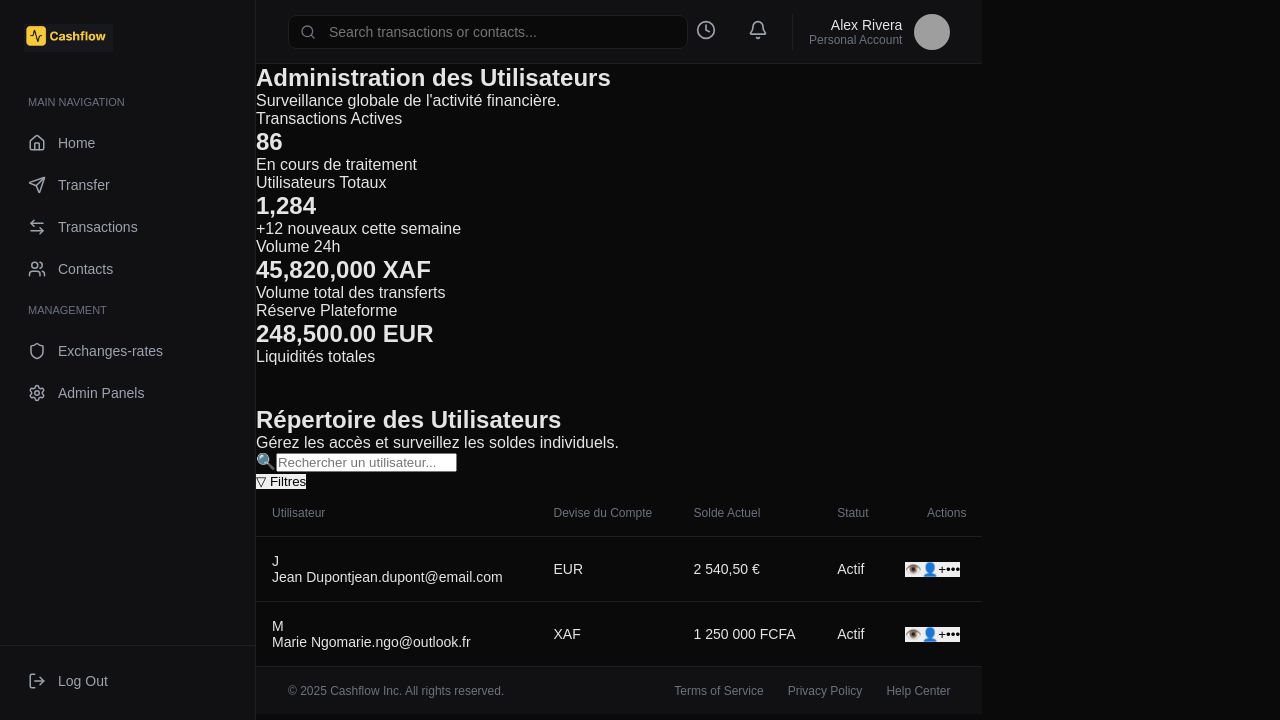
Repository: laetitiamaelle/GROUEPE5_PROGRAMMATIONWEBII_PLATEFORME_DE_TRANSFERT_MULTIDEVISE
Page: /dashboard
An editor plug-in stored every save of this project. The page is shown before and after the next save, followed by the edit.
The browser window is 1280 px wide. The pictures show the whole page.
Pictures or frames that could not be fetched are drawn as grey boxes. The project was rebuilt for these pictures with package versions that can differ from the ones it lists, and the page was loaded fresh each time. The framework's server and built-in components were replaced by stand-ins that run in the browser. Also part of the build but not shown: next.config.ts.

Above is the page before, as saved 2026-05-21 10:10:12.

### app/dashboard/page.tsx
import StatCard from '../../components/StatCard';
import UserTable from '../../components/UserTable';
import Sidebar from '../../components/Sidebar';
import TopbarD from '../../components/TopbarD'


export default function DashboardPage() {
  return (
    <div style={{ display: 'flex', minHeight: '100vh', background: '#0A0A0B'}}>
    <Sidebar />


    <div className="dashboard-view">
      <TopbarD/>
      <section className="welcome">
        <h1>Administration des Utilisateurs</h1>
        <p>Surveillance globale de l'activité financière.</p>
      </section>

      <div className="stats-grid">
        <StatCard
          label="Transactions Actives"
          value="86"
          subtext="En cours de traitement"
        />
        <StatCard
          label="Utilisateurs Totaux"
          value="1,284"
          trend="+12 nouveaux cette semaine"
        />
        <StatCard
          label="Volume 24h"
          value="45,820,000 XAF"
          subtext="Volume total des transferts"
        />
        <StatCard
          label="Réserve Plateforme"
          value="248,500.00 EUR"
          subtext="Liquidités totales"
        />
      </div>
    <section className="table-section-wrapper" style={{ marginTop: '40px' }}>
    <UserTable />
      </section>
      <footer className="footer">
        <span>© 2025 Cashflow Inc. All rights reserved.</span>
        <div className="footer-links">
          <a href="#">Terms of Service</a>
          <a href="#">Privacy Policy</a>
          <a href="#">Help Center</a>
        </div>
      </footer>
    </div>
    </div>

  );
}

### app/globals.css
* {
    margin: 0;
    padding: 0;
    box-sizing: border-box;
}

body {
    background: #0A0A0B;
    color: #E5E5E5;
    font-family: Arial, sans-serif;
}

a {
    text-decoration: none;
    color: inherit;
}

button {
    cursor: pointer;
    border: none;
    font-family: inherit;
}

### components/StatCard.tsx
// components/StatCard.tsx
import React from 'react';

interface StatCardProps {
  label: string;
  value: string;
  subtext?: string;
  trend?: string;
  isGold?: boolean;
}

export default function StatCard({ label, value, subtext, trend, isGold }: StatCardProps) {
  return (
    <div className={`stat-card ${isGold ? 'gold-border' : ''}`}>
      <span className="card-label">{label}</span>
      <h2 className={isGold ? 'gold-text' : ''}>{value}</h2>

      {trend && <p className="trend">{trend}</p>}
      {subtext && <p className="subtext">{subtext}</p>}
    </div>
  );
}

### components/UserTable.tsx
import React from 'react';

const users = [
  { id: 1, name: "Jean Dupont", email: "jean.dupont@email.com", currency: "EUR", balance: "2 540,50 €", status: "Actif" },
  { id: 2, name: "Marie Ngo", email: "marie.ngo@outlook.fr", currency: "XAF", balance: "1 250 000 FCFA", status: "Actif" },
];

export default function UserTable() {
  return (
    <div className="user-table-container">
      <div className="table-header-row">
        <div className="table-title-area">
          <h2>Répertoire des Utilisateurs</h2>
          <p>Gérez les accès et surveillez les soldes individuels.</p>
        </div>
        <div className="table-controls">
          <div className="inner-search">
            <span>🔍</span>
            <input type="text" placeholder="Rechercher un utilisateur..." />
          </div>
          <button className="filter-btn-table">
             <span>▽</span> Filtres
          </button>
        </div>
      </div>

      <table className="user-table">
        <thead>
          <tr>
            <th>Utilisateur</th>
            <th>Devise du Compte</th>
            <th>Solde Actuel</th>
            <th>Statut</th>
            <th style={{ textAlign: 'right' }}>Actions</th>
          </tr>
        </thead>
        <tbody>
          {users.map((u) => (
            <tr key={u.id}>
              <td>
                <div className="user-info-cell">
                  <div className="user-avatar-circle">
                    {u.name.charAt(0)}
                  </div>
                  <div className="user-text-meta">
                    <span className="user-full-name">{u.name}</span>
                     <span className="user-email-addr">{u.email}</span>
                  </div>
                </div>
              </td>
              <td className="currency-cell">{u.currency}</td>
              <td className="user-email-addr">{u.balance}

              </td>

              <td>
                <span className={`status-pill ${u.status.toLowerCase().replace('é', 'e')}`}>
                  {u.status}
                </span>
              </td>
              <td className="actions-cell-icons">
                <button title="Voir">👁️</button>
                <button title="Ajouter">👤+</button>
                <button title="Plus">•••</button>
              </td>
            </tr>
          ))}
        </tbody>
      </table>
    </div>
  );
}

### components/Sidebar.tsx
'use client'
import Link from 'next/link'
import { usePathname } from 'next/navigation'
import { Home, Send, ArrowLeftRight, Users, Shield, Settings, LogOut} from 'lucide-react'
import '../styles/Sidebar.css'

export default function Sidebar() {
    const pathname = usePathname()

    return (
        <aside className='sidebar'>
            <div className='logo'>
                <img src="../public/logo.jpeg" alt="Cashflopw" className='logo-img'/>
            </div>

            <nav className='nav'>
                <p className='nav-title'>MAIN NAVIGATION</p>
                <Link href="#" className={`nav-item #{pathname === '/home' ? 'active' : ''}`}>
                    <Home size={18} /> Home
                </Link>
                <Link href="/transfert" className="nav-item">
                    <Send size={18} /> Transfer
                </Link>
                <Link href="/transactions" className={`nav-item #{pathname === '/transactions' ? 'active' : ''}`}>
                    <ArrowLeftRight size={18} /> Transactions
                </Link>
                <Link href="#" className="nav-item">
                    <Users size={18} /> Contacts
                </Link>

                <p className="nav-title">MANAGEMENT</p>
                <Link href="/exchange-rates" className={`nav-item #{pathname === '/exchanges-rates' ? 'active' : ''}`}>
                    <Shield size={18} /> Exchanges-rates
                </Link>
                <Link href="/admin" className="nav-item">
                    <Settings size={18} /> Admin Panels
                </Link>
            </nav>

            <div className='logout'>
                <button className='nav-item'>
                    <LogOut size={18} />Log Out
                </button>
            </div>
        </aside>
    )
}

### components/TopbarD.tsx
'use client'
import { Search, Clock, Bell } from 'lucide-react'
import '../styles/HistoriqueTransactions.css'

export default function HistoriqueTransactions() {

  return (
    <div className="main">
      <header className="topbar">
        <div className="search-box">
          <Search size={16} className="search-icon" />
          <input type="text" placeholder="Search transactions or contacts..." className="search" />
        </div>
        <div className="topbar-right">
          <button className="icon-btn"><Clock size={20} /></button>
          <button className="icon-btn"><Bell size={20} /></button>
          <div className="user">
            <div className="user-info">
              <span className="user-name">Alex Rivera</span>
              <span className="user-role">Personal Account</span>
            </div>
            <img src="https://i.pravatar.cc/40" alt="avatar" className="user-avatar" />
          </div>
        </div>
      </header>
    </div>
  )
}

### styles/Sidebar.css
.sidebar {
    width: 256px;
    background: #111113;
    border-right: 1px solid #1F1F23;
    display: flex;
    flex-direction: column;
    height: 100vh;
}

.logo {
    padding: 24px;
}

.logo-img {
    height: 28px;
    width: auto;
}

.nav {
    flex: 1;
    padding: 0 16px;
}

.nav-title {
    font-size: 11px;
    color: #6B7280;
    padding: 0 12px;
    margin: 16px 0;
}

.nav-item {
    display: flex;
    align-items: center;
    gap: 12px;
    padding: 10px 12px;
    border-radius: 8px;
    color: #9CA3AF;
    font-size: 14px;
    margin-bottom: 4px;
    width: 100%;
    background: none;
}

.nav-item:hover {
    background: #1A1A1D;
    color: white;
}

.nav-item.active {
    background: #1A1A1D;
    color: #FACC15;
}

.logout {
    padding: 16px;
    border-top: 1px solid #1F1F23;
}

### styles/HistoriqueTransactions.css
.main {
    flex: 1;
    display: flex;
    flex-direction: column;
}

.topbar {
    height: 64px;
    background: #111113;
    border-bottom: 1px solid #1F1F23;
    display: flex;
    align-items: center;
    justify-content: space-between;
    padding: 0 32px;
}

.search-box {
    position: relative;
    display: flex;
    align-items: center;
}

.search-icon {
    position: absolute;
    left: 12px;
    color: #6B7280;
}

.search {
    width: 400px;
    background: #0A0A0B;
    border: 1px solid #1F1F23;
    border-radius: 8px;
    padding: 8px 16px 8px 40px;
    color: white;
    font-size: 14px;
}

.topbar-right {
    display: flex;
    align-items: center;
    gap: 16px;
}

.icon-btn {
    background: none;
    color: #9CA3AF;
    padding: 8px;
    border-radius: 8px;
}

.icon-btn:hover {
    background: #1A1A1D;
}

.user {
    display: flex;
    align-items: center;
    gap: 12px;
    padding-left: 16px;
    border-left: 1px solid #1F1F23;
}

.user-info {
    text-align: right;
}

.user-name {
    display: block;
    font-size: 14px;
    font-weight: 500;
}

.user-role {
    display: block;
    font-size: 12px;
    color: #6B7280;
}

.user-avatar {
    width: 36px;
    height: 36px;
    border-radius: 50%;
}

.content {
    flex: 1;
    padding: 32px;
    overflow: auto;
}

.header {
    display: flex;
    justify-content: space-between;
    margin-bottom: 24px;
}

.header h1 {
    font-size: 30px;
    margin-bottom: 4px;
}

.header p {
    color: #6B7280;
    font-size: 14px;
}

.actions {
    display: flex;
    gap: 12px;
}

.btn-dark {
    background: #1A1A1D;
    border: 1px solid #1F1F23;
    color: #E5E5E5;
    padding: 8px 16px;
    border-radius: 8px;
    font-size: 14px;
    display: flex;
    align-items: center;
    gap: 8px;
}

.btn-yellow {
    background: #FACC15;
    color: black;
    padding: 8px 16px;
    border-radius: 8px;
    font-weight: 500;
    font-size: 14px;
    display: flex;
    align-items: center;
    gap: 8px;
}

.filters {
    background: #111113;
    border: 1px solid #1F1F23;
    border-radius: 12px;
    padding: 16px;
    margin-bottom: 24px;
}

.filters-title {
    display: flex;
    align-items: center;
    gap: 8px;
    font-size: 14px;
    margin-bottom: 16px;
}

.filters-grid {
    display: grid;
    grid-template-columns: repeat(4, 1fr);
    gap: 12px;
}

.filter-btn {
    background: #0A0A0B;
    border: 1px solid #1F1F23;
    border-radius: 8px;
    padding: 10px 16px;
    color: #E5E5E5;
    font-size: 14px;
    text-align: left;
}

.filter-input {
    background: #0A0A0B;
    border: 1px solid #1F1F23;
    border-radius: 8px;
    padding: 10px 16px;
    color: white;
    font-size: 14px;
}

.table-box {
    background: #111113;
    border: 1px solid #1F1F23;
    border-radius: 12px;
    overflow: hidden;
}

table {
    width: 100%;
    border-collapse: collapse;
}

thead {
    background: #0A0A0B;
}

th {
    text-align: left;
    padding: 16px;
    font-size: 12px;
    color: #6B7280;
    font-weight: 500;
}

td {
    padding: 16px;
    border-top: 1px solid #1F1F23;
    font-size: 14px;
}

tr:hover {
    background: #1A1A1D;
}

.date {
    font-weight: 500;
    display: block;
}

.ref {
    font-size: 12px;
    color: #6B7280;
    display: block;
    margin-top: 2px;
}

.type-cell {
    display: flex;
    align-items: center;
    gap: 8px;
}

.type-icon {
    width: 28px;
    height: 28px;
    border-radius: 50%;
    display: flex;
    align-items: center;
    justify-content: center;
}

.type-icon.send {
    background: rgba(244, 63, 94, 0.1);
    color: #F43F5E;
}

.type-icon.receive {
    background: rgba(34, 197, 94, 0.1);
    color: #22C55E;
}

.type-icon.convert {
    background: rgba(59, 130, 246, 0.1);
    color: #3B82F6;
}

.montant {
    font-weight: 500;
}

.montant-converti {
    font-weight: 600;
    color: #FACC15;
}

.statut {
    padding: 4px 12px;
    border-radius: 12px;
    font-size: 12px;
    font-weight: 500;
}

.statut-complete {
    background: rgba(34, 197, 94, 0.1);
    color: #22C55E;
}

.statut-attente {
    background: rgba(250, 204, 21, 0.1);
    color: #FACC15;
}

.statut-echoue {
    background: rgba(239, 68, 68, 0.1);
    color: #EF4444;
}

.pagination {
    padding: 16px;
    border-top: 1px solid #1F1F23;
    display: flex;
    justify-content: space-between;
    align-items: center;
    font-size: 12px;
    color: #6B7280;
}

.page-btns {
    display: flex;
    gap: 8px;
    align-items: center;
}

.page-btns button {
    background: none;
    color: #9CA3AF;
    padding: 6px 12px;
    border-radius: 4px;
    font-size: 12px;
}

.page-btns button.active {
    background: #FACC15;
    color: black;
}

.footer {
    height: 48px;
    background: #111113;
    border-top: 1px solid #1F1F23;
    display: flex;
    align-items: center;
    justify-content: space-between;
    padding: 0 32px;
    font-size: 12px;
    color: #6B7280;
}

.footer-links {
    display: flex;
    gap: 24px;
}

Loaded but not shown: app/layout.tsx (common file)

After the next save:
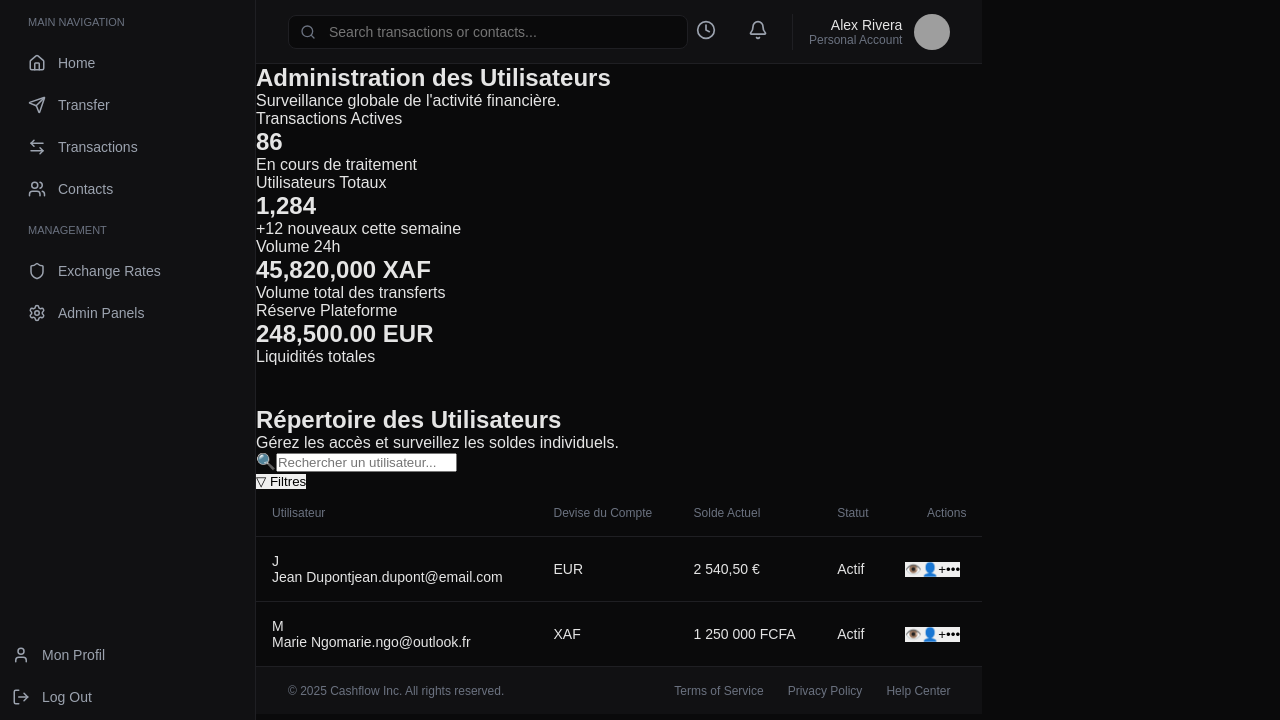
Saved 3 min 32 s later.
--- a/components/Sidebar.tsx
+++ b/components/Sidebar.tsx
@@ -1,7 +1,8 @@
 'use client'
-import Link from 'next/link'
+import Link from 'next/link';
+import Image from 'next/image';
 import { usePathname } from 'next/navigation'
-import { Home, Send, ArrowLeftRight, Users, Shield, Settings, LogOut} from 'lucide-react'
+import { Home, Send, ArrowLeftRight, Users, Shield, Settings, LogOut, User } from 'lucide-react'
 import '../styles/Sidebar.css'
 
 export default function Sidebar() {
@@ -9,19 +10,17 @@ export default function Sidebar() {
 
     return (
         <aside className='sidebar'>
-            <div className='logo'>
-                <img src="../public/logo.jpeg" alt="Cashflopw" className='logo-img'/>
-            </div>
+
 
             <nav className='nav'>
                 <p className='nav-title'>MAIN NAVIGATION</p>
-                <Link href="#" className={`nav-item #{pathname === '/home' ? 'active' : ''}`}>
+                <Link href="/home" className={`nav-item ${pathname === '/home' ? 'active' : ''}`}>
                     <Home size={18} /> Home
                 </Link>
-                <Link href="/transfert" className="nav-item">
+                <Link href="/transfert" className={`nav-item ${pathname.startsWith('/transfert') ? 'active' : ''}`}>
                     <Send size={18} /> Transfer
                 </Link>
-                <Link href="/transactions" className={`nav-item #{pathname === '/transactions' ? 'active' : ''}`}>
+                <Link href="/transactions" className={`nav-item ${pathname === '/transactions' ? 'active' : ''}`}>
                     <ArrowLeftRight size={18} /> Transactions
                 </Link>
                 <Link href="#" className="nav-item">
@@ -29,18 +28,23 @@ export default function Sidebar() {
                 </Link>
 
                 <p className="nav-title">MANAGEMENT</p>
-                <Link href="/exchange-rates" className={`nav-item #{pathname === '/exchanges-rates' ? 'active' : ''}`}>
-                    <Shield size={18} /> Exchanges-rates
+                <Link href="/exchange-rates" className={`nav-item ${pathname === '/exchange-rates' ? 'active' : ''}`}>
+                    <Shield size={18} /> Exchange Rates
                 </Link>
-                <Link href="/admin" className="nav-item">
+                <Link href="/dashboard" className={`nav-item ${pathname === '/admin' ? 'active' : ''}`}>
                     <Settings size={18} /> Admin Panels
                 </Link>
             </nav>
 
-            <div className='logout'>
-                <button className='nav-item'>
-                    <LogOut size={18} />Log Out
-                </button>
+            <div className='sidebar-footer'>
+                <Link href="/profil" className={`nav-item ${pathname === '/profil' ? 'active' : ''}`}>
+                    <User size={18} /> Mon Profil
+                </Link>
+                <div className='sidebar-logout'>
+                    <button className='nav-item logout-btn'>
+                        <LogOut size={18} /> Log Out
+                    </button>
+                </div>
             </div>
         </aside>
     )
